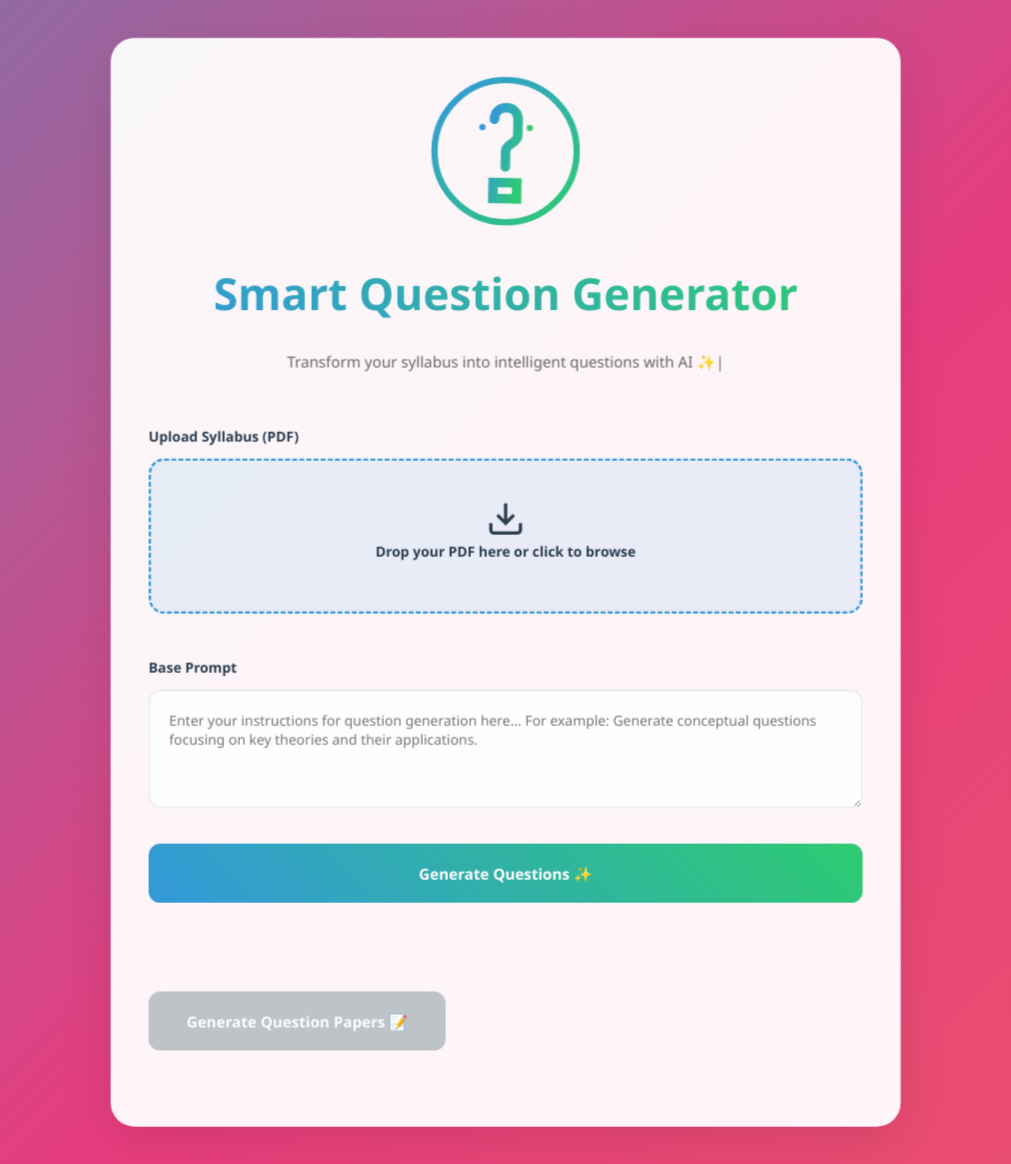
Repository: OmkarKawthekar/learn2
Page: http://localhost/
These files come from the project's save history. The page is drawn as it stood at one moment and after a run of saves; the edit follows.
The browser window is 1280 px wide. The pictures show the whole page, at 79% of full size.
The page is served by the project's application, run on Flask 3 (app1.py).

Above is the page before, as saved 2025-01-23 23:15:18.

After the next 3 saves:
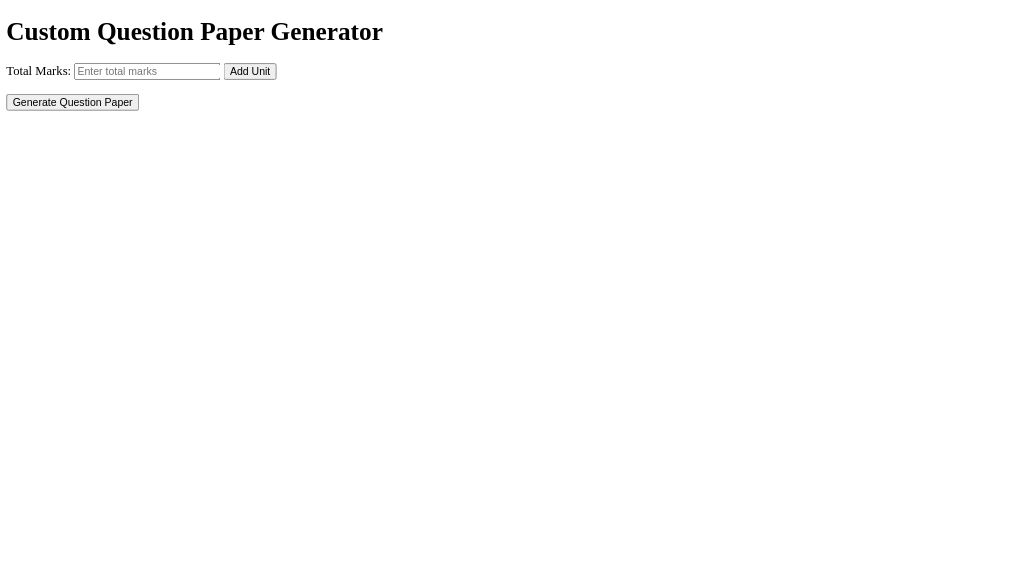
The 3 saves are shown as one change because they came seconds apart.
The last was saved 9 s later.
--- a/Downloads/Lamma_3.1_project/QuestionPaperG/app1.py
+++ b/Downloads/Lamma_3.1_project/QuestionPaperG/app1.py
@@ -56,7 +56,7 @@ def generate_pdf(unit_questions, filepath):
         raise
 @app.route('/')
 def index():
-    return render_template('index.html')
+    return render_template('index2.html')
 
 @app.route("/generate-qp", methods=["POST"])
 def generate_question_paper():
